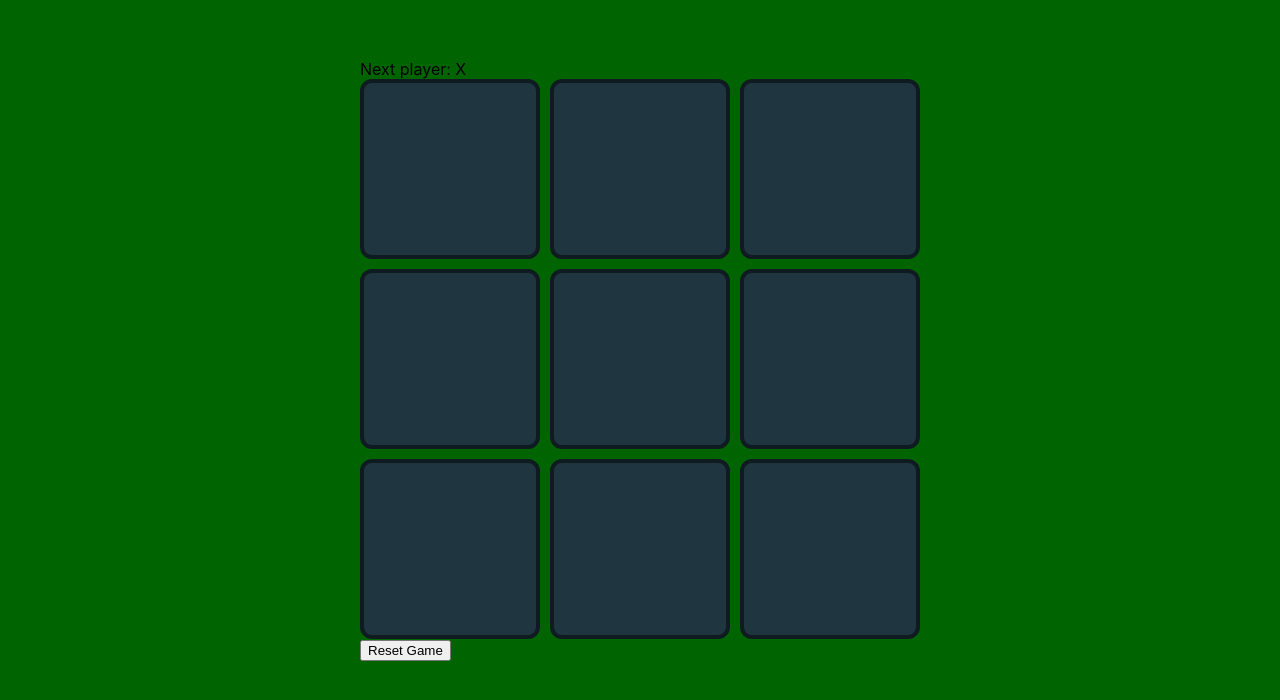
Repository: Monterro324/Tic-Tac
Page: / (app in tic-tac/)
These files come from the project's save history. The page is drawn as it stood at one moment and after a run of saves; the edit follows.
The browser window is 1280 px wide. The pictures show the whole page.
The project was rebuilt for these pictures with package versions that can differ from the ones it lists, and the page was loaded fresh each time.

Above is the page before, as saved 2024-05-04 21:25:38.

After the next 3 saves:
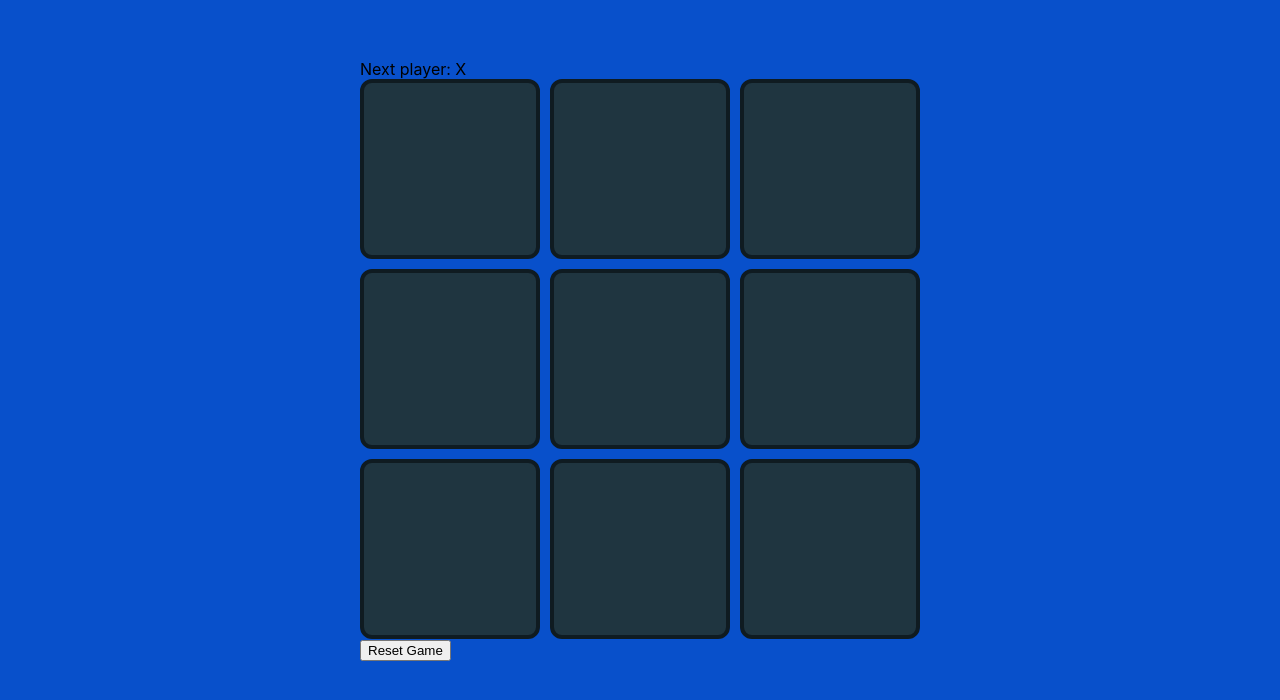
The 3 saves are shown as one change because they came seconds apart.
The last was saved 14 s later.
--- a/tic-tac/src/App.css
+++ b/tic-tac/src/App.css
@@ -4,7 +4,7 @@ body, html {
   display: flex;
   justify-content: center;
   align-items: center;
-  background-color: darkgreen;
+  background-color: rgb(8, 80, 203);
 }
 
 .board {
